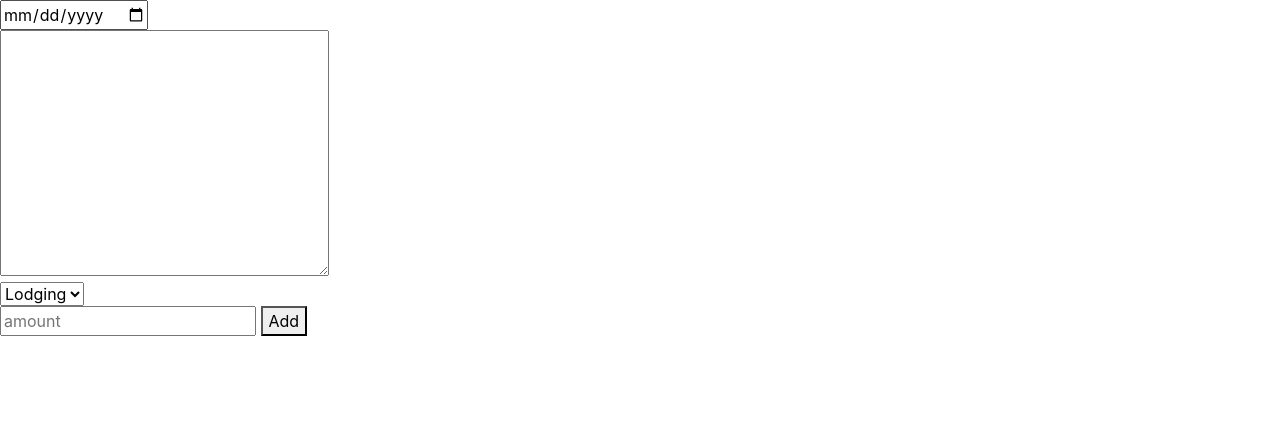
Repository: mileslacue/Project1
Page: Minimal Viable Product/Project1/ERS/src/main/webapp/partials/createReimbursement.html
These files come from the project's save history. The page is drawn as it stood at one moment and after the next save; the edit follows.
The browser window is 1280 px wide. The pictures show the whole page.
Some web libraries are served in a nearby version.

Above is the page before, as saved 2018-11-07 00:56:43.

After the next save:
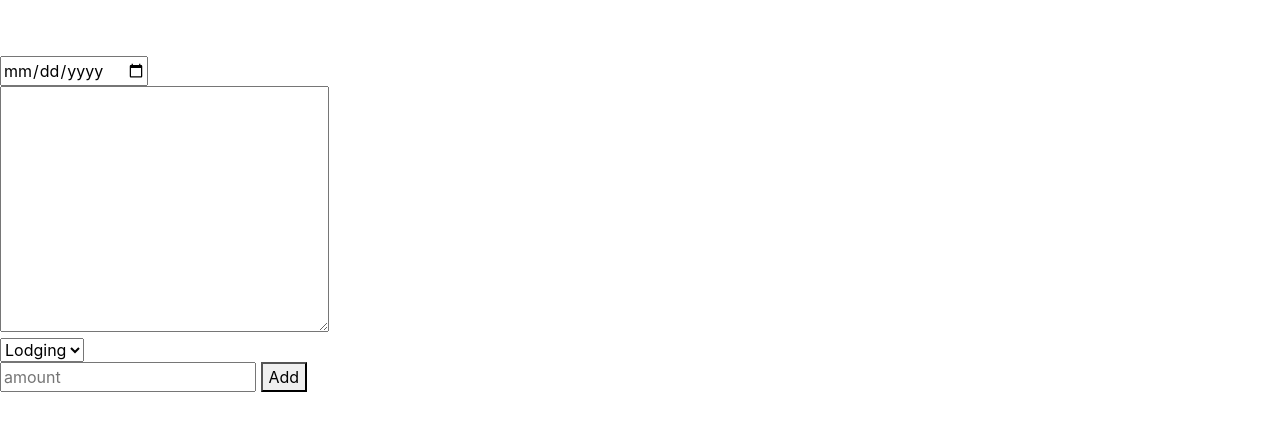
Saved 100 s later.
--- a/Minimal Viable Product/Project1/ERS/src/main/webapp/partials/createReimbursement.html
+++ b/Minimal Viable Product/Project1/ERS/src/main/webapp/partials/createReimbursement.html
@@ -10,6 +10,11 @@
 	integrity="sha384-MCw98/SFnGE8fJT3GXwEOngsV7Zt27NXFoaoApmYm81iuXoPkFOJwJ8ERdknLPMO"
 	crossorigin="anonymous">
 <body>
+	<nav class="navbar navbar-light">
+		<a class="navbar-brand" href="#" style="color: white;"> CALYPSO
+			LOLOLOLOL</a> <a href="#" id="logout" style="color: white;">Logout</a>
+	</nav>
+
 	<input type="date" id="date" placeholder="">
 	<br>
 	<textarea name="description" id="description" cols="30" rows="10"></textarea>
